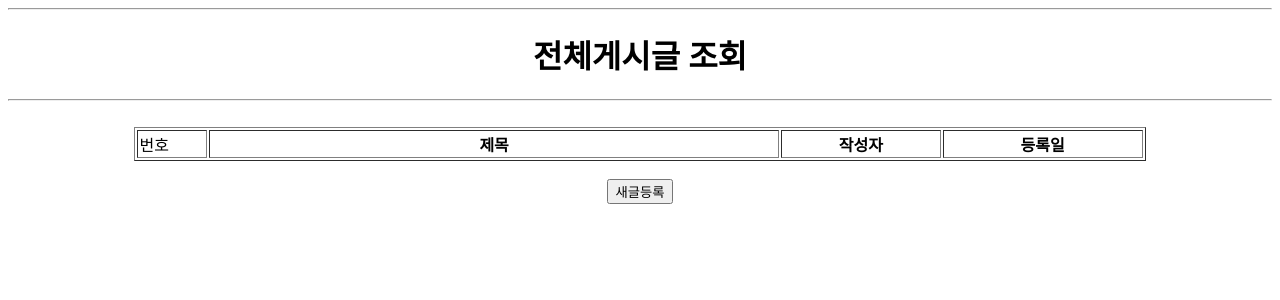
Repository: skim24245/web_workspace_src
Page: http://localhost/Mission-Web/jsp/board/list.jsp
An editor plug-in stored every save of this project. The page is shown before and after the next save, followed by the edit.
The browser window is 1280 px wide. The pictures show the whole page.
The page is served by Tomcat 9. Queries for data that is not in the repository find no rows.

Above is the page before, as saved 2022-06-09 04:47:23.

After the next save:
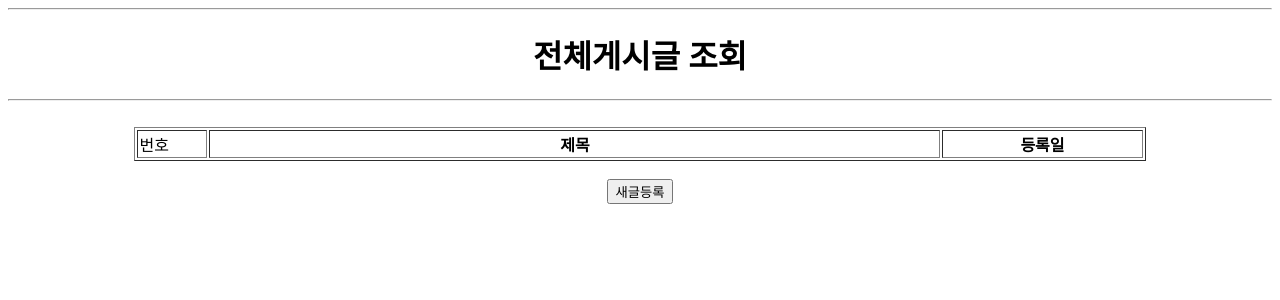
Saved 47 s later.
--- a/Mission-Web/src/main/webapp/jsp/board/list.jsp
+++ b/Mission-Web/src/main/webapp/jsp/board/list.jsp
@@ -50,7 +50,6 @@ $(document).ready(function(){
 			<tr>
 				<td width="7%">번호</td>
 				<th>제목</th>
-				<th width="16%">작성자</th>
 				<th width="20%">등록일</th>
 			</tr>
 
